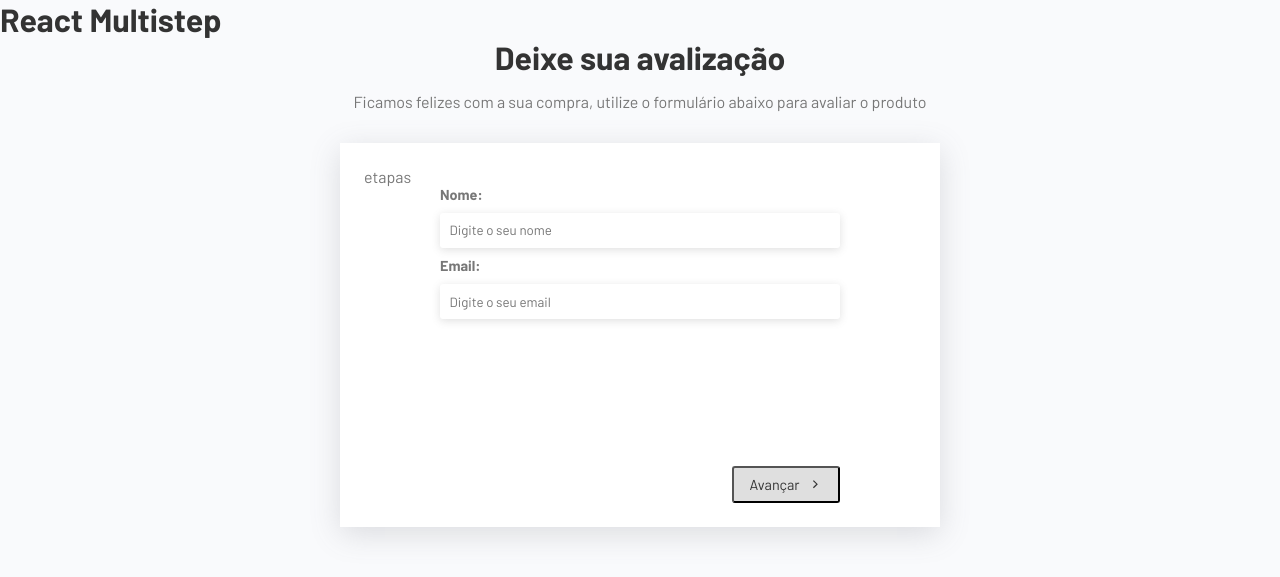
Repository: Bitroia/multistep_form_react
Page: / (app in multistep_form_react/)
The author's editor kept a copy of each file at every save. The page is drawn from the files as they stood at one save, then again after a run of saves.
The browser window is 1280 px wide. The pictures show the whole page.
The project was rebuilt for these pictures with package versions that can differ from the ones it lists, and the page was loaded fresh each time. Also part of the build but not shown: multistep_form_react/vite.config.js, multistep_form_react/src/components/ReviewForm.jsx, multistep_form_react/src/components/Thanks.jsx.

Above is the page before, as saved 2026-06-12 14:13:23.

### multistep_form_react/index.html
<!doctype html>
<html lang="pt-br">
  <head>
    <meta charset="UTF-8" />
    <link rel="icon" type="image/svg+xml" href="/favicon.svg" />
    <link rel="preconnect" href="https://fonts.googleapis.com" />
    <link rel="preconnect" href="https://fonts.gstatic.com" crossorigin />
    <link
      href="https://fonts.googleapis.com/css2?family=Barlow:ital,wght@0,100;0,200;0,300;0,400;0,500;0,600;0,700;0,800;0,900;1,100;1,200;1,300;1,400;1,500;1,600;1,700;1,800;1,900&family=Lato:ital,wght@0,100;0,300;0,400;0,700;0,900;1,100;1,300;1,400;1,700;1,900&family=Montserrat:ital,wght@0,100..900;1,100..900&family=Roboto:ital,wght@0,100..900;1,100..900&display=swap"
      rel="stylesheet"
    />
    <meta name="viewport" content="width=device-width, initial-scale=1.0" />
    <title>Multistep Form com React</title>
  </head>
  <body>
    <div id="root"></div>
    <script type="module" src="/src/main.jsx"></script>
  </body>
</html>

### multistep_form_react/src/index.css
* {
  font-family: "Barlow";
  padding: 0;
  margin: 0;
  box-sizing: border-box;
  color: #333;
}

p {
  color: #777;
}

body {
  background-color: #f9fafc;
}

### multistep_form_react/src/App.jsx
//! Components
import { GrFormNext, GrFormPrevious } from "react-icons/gr";
import { FiSend } from "react-icons/fi";
import UserForm from "./components/UserForm";
import ReviewForm from "./components/ReviewForm";
import Thanks from "./components/Thanks";
import { useState } from "react";

//! Hooks

import { useForm } from "./hooks/UseForm";

import "./App.css";

function App() {
  const formComponents = [<UserForm />, <ReviewForm />, <Thanks />];

  const { currentStep, currentComponent, changeStep, isLastStep, isFirstStep } =
    useForm(formComponents);

  return (
    <div className="App">
      <h1>React Multistep</h1>
      <div className="header">
        <h2>Deixe sua avalização</h2>
        <p>
          Ficamos felizes com a sua compra, utilize o formulário abaixo para
          avaliar o produto
        </p>
      </div>
      <div className="form-container">
        <p>etapas</p>
        <form onSubmit={(e) => changeStep(currentStep + 1, e)}>
          <div className="inputs-container">{currentComponent}</div>
          <div className="actions">
            {!isFirstStep && (
              <button type="button" onClick={() => changeStep(currentStep - 1)}>
                <GrFormPrevious />
                <span>Voltar</span>
              </button>
            )}
            {!isLastStep ? (
              <button type="submit">
                <span>Avançar</span>
                <GrFormNext />
              </button>
            ) : (
              <button type="button">
                <span>Enviar</span>
                <FiSend />
              </button>
            )}
          </div>
        </form>
      </div>
    </div>
  );
}

export default App;

### multistep_form_react/src/components/UserForm.jsx
import React from "react";

const UserForm = () => {
  return (
    <div>
      <div className="form-control">
        <label htmlFor="name">Nome:</label>
        <input
          type="text"
          name="text"
          id="name"
          placeholder="Digite o seu nome"
          required
        />
        <label htmlFor="name">Email:</label>
        <input
          type="email"
          name="email"
          id="email"
          placeholder="Digite o seu email"
          required
        />
      </div>
    </div>
  );
};

export default UserForm;

### multistep_form_react/src/hooks/useForm.jsx
import { useState } from "react";

export function useForm(steps) {
  const [currentStep, setCurrentStep] = useState(0);

  function changeStep(i, e) {
    if (e) e.preventDefault();

    if (i < 0 || i >= steps.length) return;

    setCurrentStep(i);
  }

  return {
    currentStep,
    currentComponent: steps[currentStep],
    changeStep,
    isLastStep: currentStep + 1 === steps.length ? true : false,
    isFirstStep: currentStep === 0 ? true : false,
  };
}

### multistep_form_react/src/App.css
.app {
  padding: 2rem;
}

/* Cabeçalho */

.header {
  text-align: center;
  margin-bottom: 2rem;
}

.header h2 {
  font-size: 2rem;
  margin-bottom: 1rem;
}

/* Forms */

.form-container {
  max-width: 600px;
  margin: 0 auto;
  background-color: #fff;
  padding: 1.5rem;
  box-shadow: rgba(100, 100, 111, 0.2) 0px 7px 29px 0px;
}

.form-container form {
  max-width: 400px;
  margin: 0 auto;
}

.inputs-container {
  min-height: 280px;
}

.form-control {
  display: flex;
  flex-direction: column;
  margin-bottom: 2rem;
  gap: 0.6rem;
}

label {
  font-weight: bold;
  font-size: 0.9rem;
  color: #777;
}

input,
textarea {
  padding: 0.6rem;
  border: none;
  border-radius: 3px;
  box-shadow: rgba(99, 99, 99, 0.2) 0px 2px 8px 0;
}

textarea {
  height: 120px;
}

/* Actions */

.actions {
  display: flex;
  justify-content: flex-end;
  gap: 1rem;
}

.actions button {
  font-size: 0.9rem;
  padding: 0.5rem 1rem;
  gap: 0.5rem;
  display: flex;
  align-items: center;
  border-radius: 3px;
  background-color: #dfdfdf;
  cursor: pointer
  bord;
}

Loaded but not shown: multistep_form_react/src/main.jsx (common file)

After the next 3 saves:
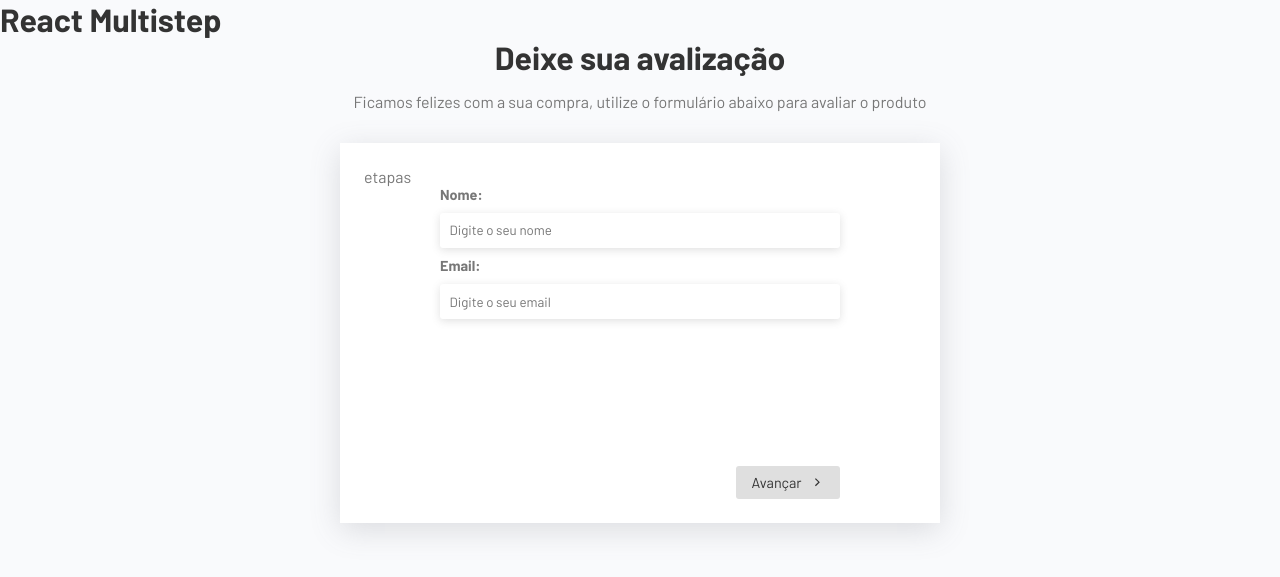
The 3 saves are shown as one change because they came seconds apart.
The last was saved 8 s later.
--- a/multistep_form_react/src/App.css
+++ b/multistep_form_react/src/App.css
@@ -74,6 +74,6 @@ textarea {
   align-items: center;
   border-radius: 3px;
   background-color: #dfdfdf;
-  cursor: pointer
-  bord;
+  cursor: pointer;
+  border: none;
 }
